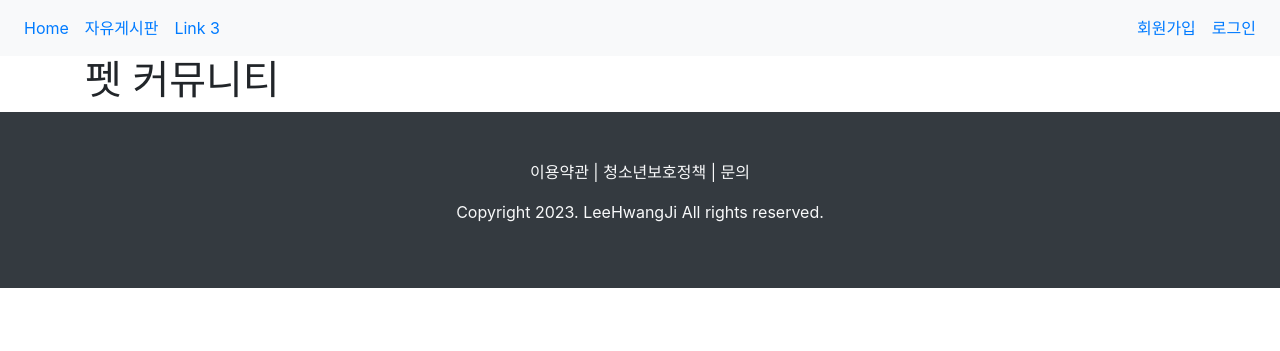
Repository: Peaceful-LHJ/Project_Board
Page: http://localhost/Project_BoardPET/WEB-INF/views/home.jsp
The author's editor kept a copy of each file at every save. The page is drawn from the files as they stood at one save, then again after the next save.
The browser window is 1280 px wide. The pictures show the whole page.
The page is served by Tomcat 9. Nobody is signed in. The template is opened directly, without the code that normally fills it, so the values that code supplies are empty.

Above is the page before, as saved 2023-08-16 05:47:58.

After the next save:
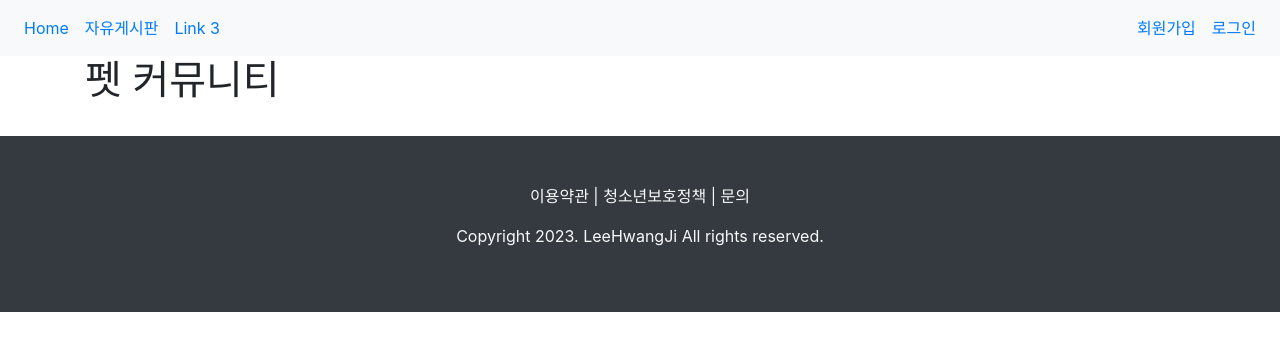
Saved 26 s later.
--- a/Project_BoardPET/src/main/webapp/WEB-INF/views/home.jsp
+++ b/Project_BoardPET/src/main/webapp/WEB-INF/views/home.jsp
@@ -2,6 +2,7 @@
     pageEncoding="UTF-8"%>
 <%@ include file="includes/header.jsp"%>
 <div class="container">
-	<h1>펫 커뮤니티</h1>
+	<h1>펫 커뮤니티</h1><br>
+
 </div>
 <%@ include file="includes/footer.jsp"%>
